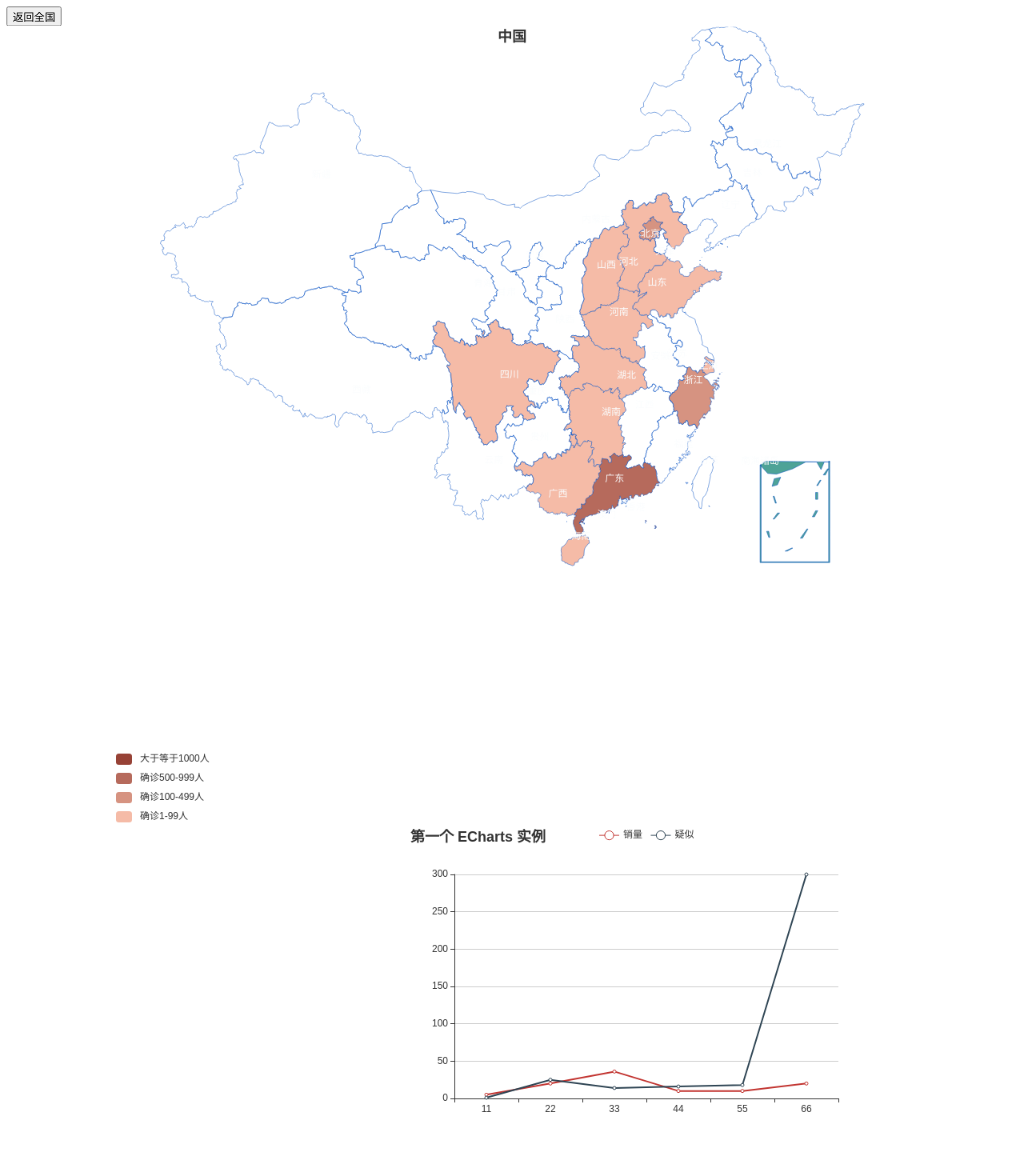
Repository: yz990219/InfectStatisticWeb
Page: http://localhost/MyInfectStatisticWeb/test.jsp
These files come from the project's save history. The page is drawn as it stood at one moment and after the next save; the edit follows.
The browser window is 1280 px wide. The pictures show the whole page, at 80% of full size.
The page is served by Tomcat 9.

Above is the page before, as saved 2020-03-13 11:25:53.
Not found: MyInfectStatisticWeb/follow.js
Not found: MyInfectStatisticWeb/gg_bd_ad_720x90.js

After the next save:
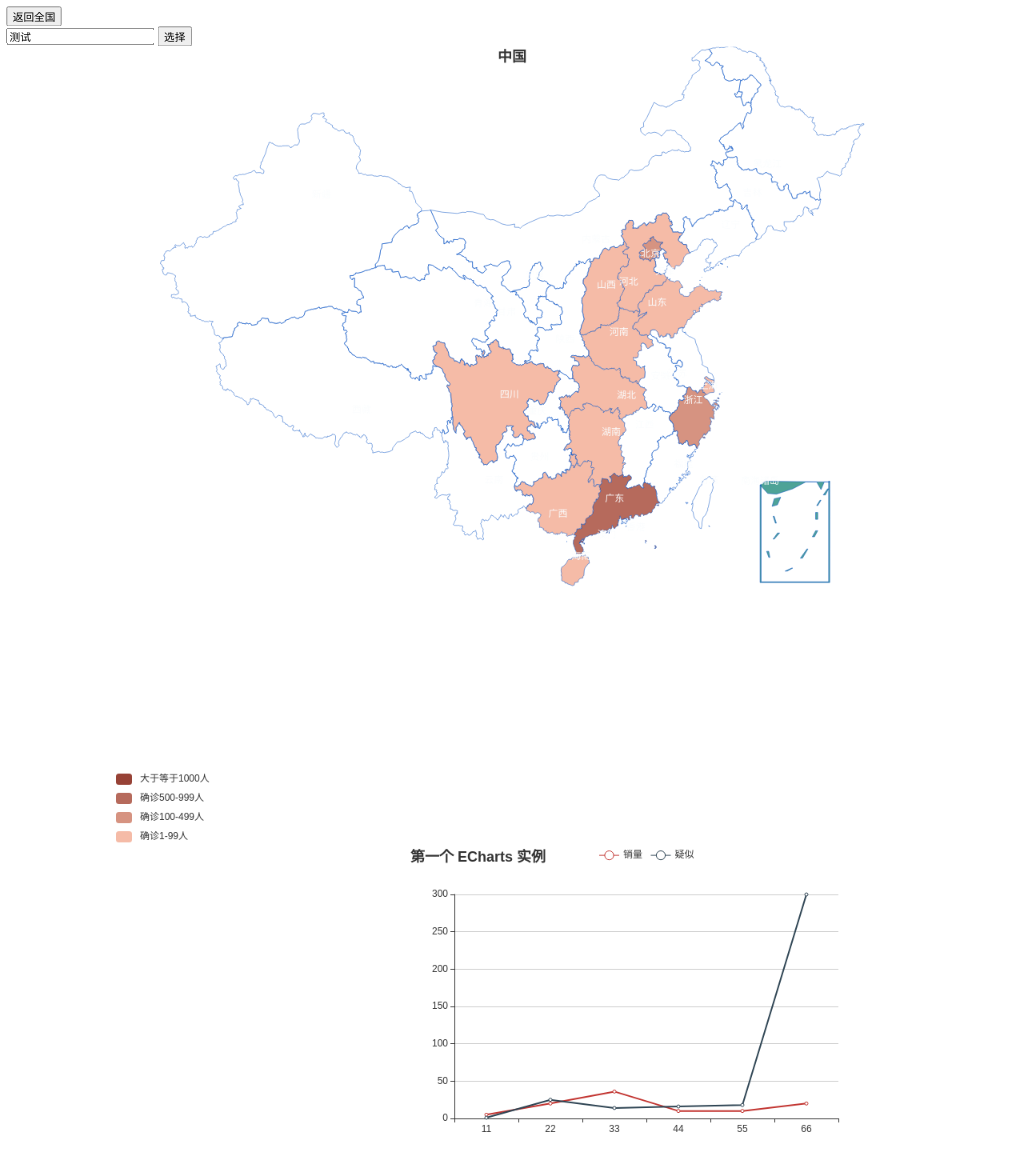
Saved 2 min 13 s later.
--- a/MyInfectStatisticWeb/WebContent/test.jsp
+++ b/MyInfectStatisticWeb/WebContent/test.jsp
@@ -39,9 +39,9 @@
         <script src="/follow.js" type="text/javascript"></script>
     </div>
     <button id="back">返回全国</button>
-
-    <form id="yz" action="indexRes.jsp" name="yz" style = "display:none;">
-       全国
+    <div id="yz" name="yz" style = "display:none;">全国</div>
+    <form action="indexRes.jsp"">
+
 
        <input id="province" name="province" type="text" value="测试">
        <button type="submit">选择</button>

After the 2 saves that followed:
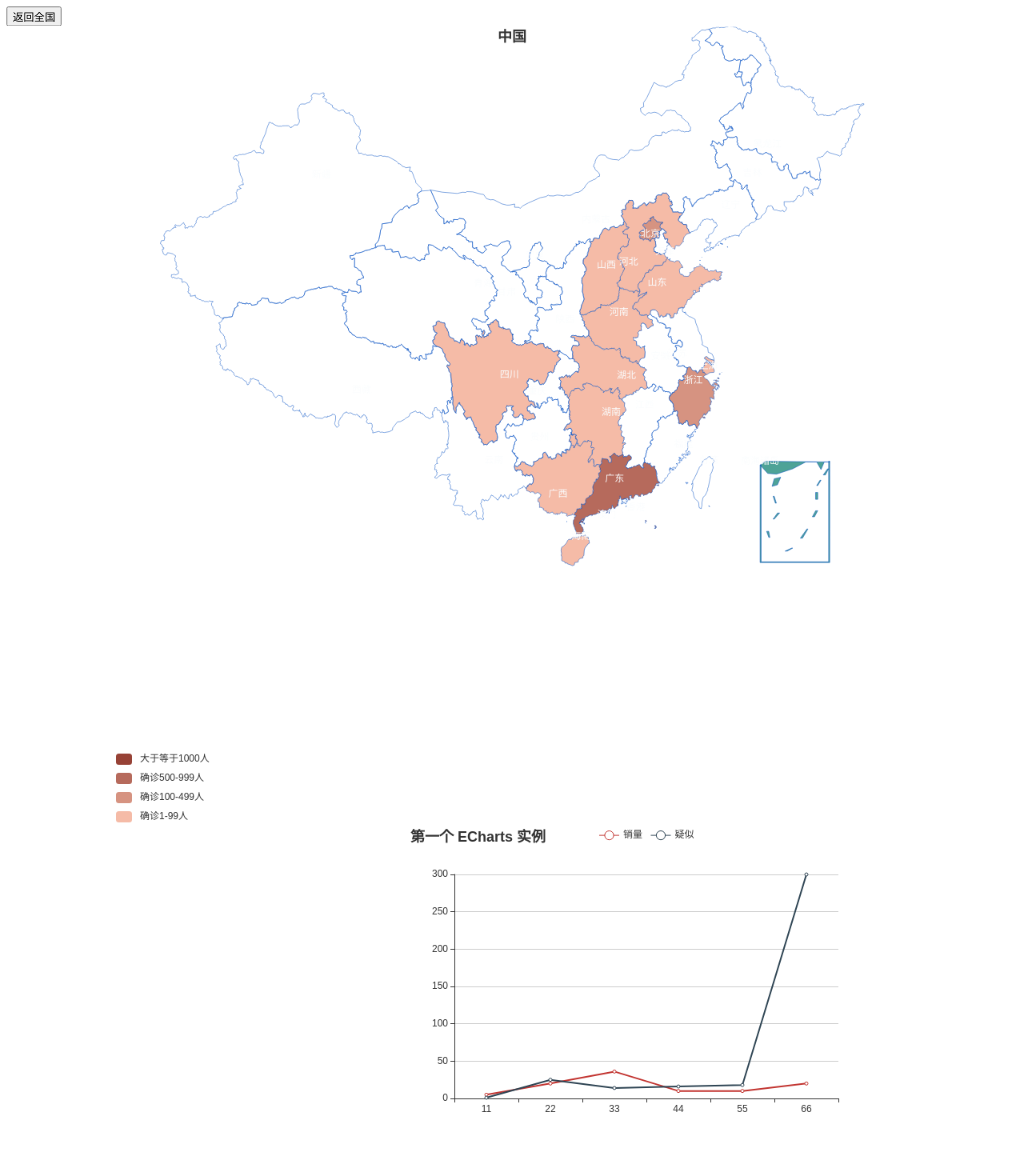
The 2 saves are shown as one change because 1 left the picture as it was.
The last was saved 7 min 23 s later.
--- a/MyInfectStatisticWeb/WebContent/test.jsp
+++ b/MyInfectStatisticWeb/WebContent/test.jsp
@@ -40,7 +40,7 @@
     </div>
     <button id="back">返回全国</button>
     <div id="yz" name="yz" style = "display:none;">全国</div>
-    <form action="indexRes.jsp"">
+    <form action="indexRes.jsp" style = "display:none;">
 
 
        <input id="province" name="province" type="text" value="测试">
@@ -301,6 +301,7 @@
                             showProvince(provinces[i], provincesText[i]);
                             document.getElementById("yz").innerHTML = provincesText[i];
                             document.getElementById("yz").style.display = "block";
+                            document.getElementById("province").value = provincesText[i];
                             break;
                         }
                     }
